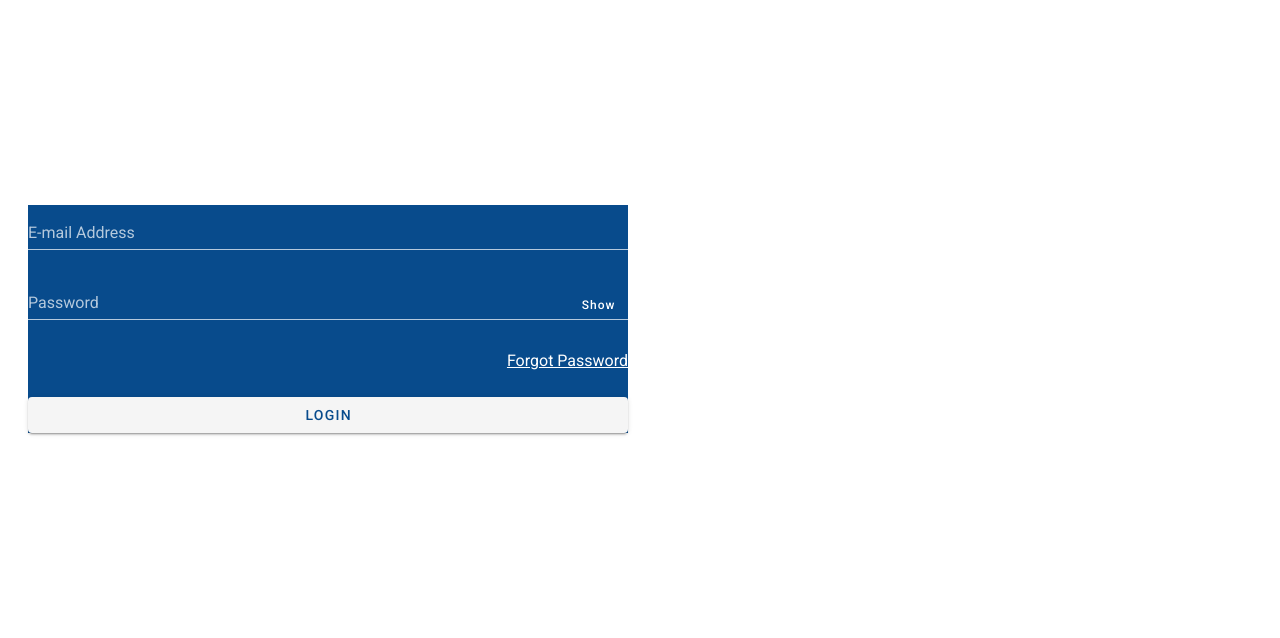
Repository: Grace229/Login
Page: /
An editor plug-in stored every save of this project. The page is shown before and after the next save, followed by the edit.
The browser window is 1280 px wide. The pictures show the whole page.
The project was rebuilt for these pictures with package versions that can differ from the ones it lists, and the page was loaded fresh each time. Also part of the build but not shown: vue.config.js. Imported but missing from the stored project, and not drawn on this page: src/components/EventBus, src/views/About.vue.

Above is the page before, as saved 2021-02-15 12:01:47.

### src/App.vue
<template>
  <v-app>
    <v-main><router-view></router-view> </v-main>
  </v-app>
</template>

<script>
export default {
  name: "App",

  components: {},

  data: () => ({
    //
  }),
};
</script>

### src/plugins/vuetify.js
import Vue from "vue";
import Vuetify from "vuetify/lib/framework";

Vue.use(Vuetify);

export default new Vuetify({
  theme: {
    options: {
      customProperties: true
    },
    themes: {
      light: {
        primary: "#084b8c",
        secondary: "#424242",
        accent: "#82B1FF",
        error: "#FF5252",
        info: "#2196F3",
        success: "#4CAF50",
        warning: "#FFC107"
      }
    }
  }
});

### src/views/Home.vue
<template>
  <main
    style="min-height:100vh"
    class="fill-height white--text d-flex flex-column justify-center pa-4"
  >
    <div class="col-md-8 mt-5" style="width: 50%">
      <header>
        <div class="headline text-center py-2">
          Login
        </div>
      </header>

      <section class="mx-auto primary min-height:100vh">
        <div>
          <v-text-field
            dark
            label="E-mail Address"
            v-model="FORM.email"
            :rules="[rules.required, rules.email]"
          />
        </div>
        <div>
          <v-text-field
            dark
            v-model="password"
            :rules="[rules.required]"
            label="Password"
            :type="showPassword ? 'text' : 'password'"
          >
            <v-btn
              text
              small
              slot="append"
              @click="showPassword = !showPassword"
              class="transparent text-capitalize"
              >{{ showPassword ? "hide" : "show" }}</v-btn
            >
          </v-text-field>

          <div class="text-right py-2">
            <router-link to="/#" class="white--text"
              >Forgot Password</router-link
            >
          </div>

          <div class="pt-4">
            <v-btn block class="primary--text">Login</v-btn>
          </div>
        </div>
      </section>
    </div>
  </main>
</template>

<script>
import axios from "axios";
import router from "../router";
import EventBus from "../components/EventBus";
export default {
  data() {
    return {
      email: "",
      password: "",
      FORM: {},
      showPassword: false,
      rules: {
        required: (value) => !!value || "Required.",
        counter: (value) => value.length <= 20 || "Max 20 characters",
        email: (value) => {
          const pattern = /^(([^<>()[\]\\.,;:\s@"]+(\.[^<>()[\]\\.,;:\s@"]+)*)|(".+"))@((\[[0-9]{1,3}\.[0-9]{1,3}\.[0-9]{1,3}\.[0-9]{1,3}])|(([a-zA-Z\-0-9]+\.)+[a-zA-Z]{2,}))$/;
          return pattern.test(value) || "Invalid e-mail.";
        },
      },
    };
  },
  methods: {
    login() {
      axios
        .post("/users/Login", {
          email: this.email,
          password: this.password,
        })
        .then((res) => {
          localStorage.setItem("usertoken", res.data);
          this.email = "";
          this.password = "";
          router.push({ name: "Profile" });
        })
        .catch((err) => {
          console.log(err);
        });
      this.emitMethod();
    },
    emitMethod() {
      EventBus.$emit("logged-in", "loggedin");
    },
  },
};
</script>

Loaded but not shown: public/index.html (common file); src/main.js (common file); src/router/index.js (common file); src/store/index.js (common file)

After the next save:
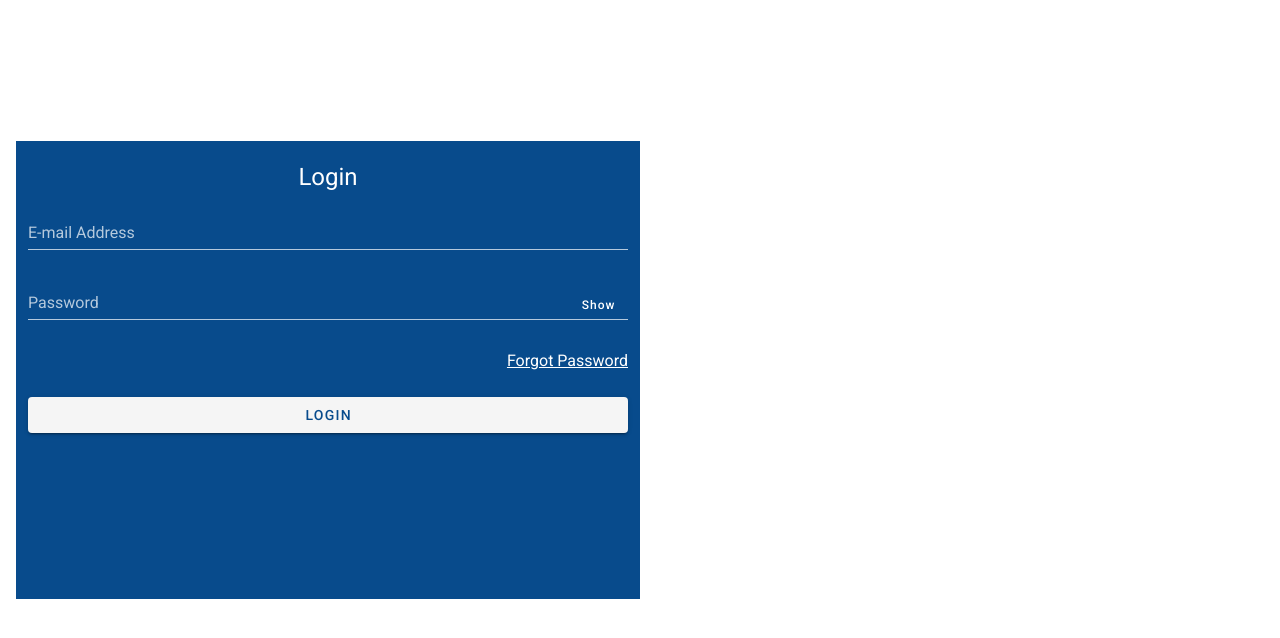
Saved 49 s later.
--- a/src/views/Home.vue
+++ b/src/views/Home.vue
@@ -3,14 +3,14 @@
     style="min-height:100vh"
     class="fill-height white--text d-flex flex-column justify-center pa-4"
   >
-    <div class="col-md-8 mt-5" style="width: 50%">
+    <div class="col-md-8 mt-5 primary min-height:100vh" style="width: 50%">
       <header>
         <div class="headline text-center py-2">
           Login
         </div>
       </header>
 
-      <section class="mx-auto primary min-height:100vh">
+      <section class="mx-auto">
         <div>
           <v-text-field
             dark
